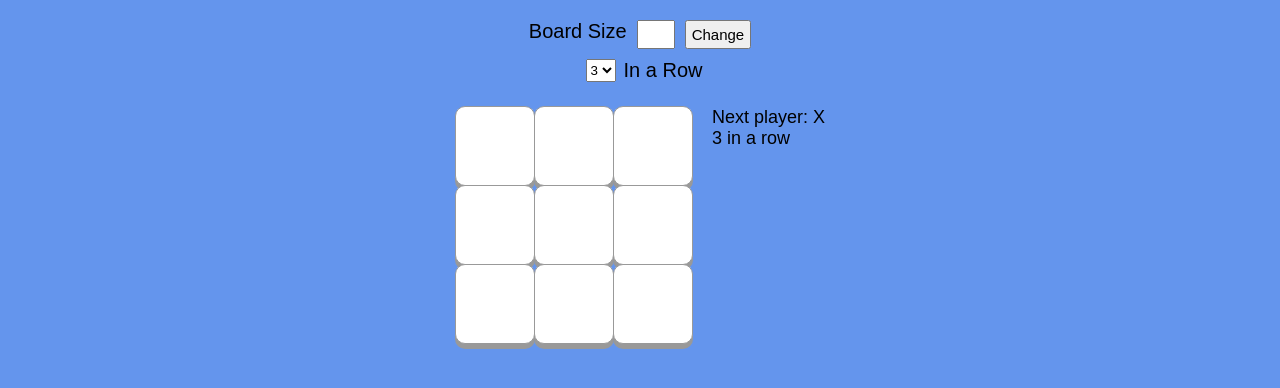
Repository: yshong211/tic-tac-toe-0708
Page: /
The author's editor kept a copy of each file at every save. The page is drawn from the files as they stood at one save, then again after the next save.
The browser window is 1280 px wide. The pictures show the whole page.
The project was rebuilt for these pictures with package versions that can differ from the ones it lists, and the page was loaded fresh each time.

Above is the page before, as saved 2020-07-09 10:13:55.

After the next save:
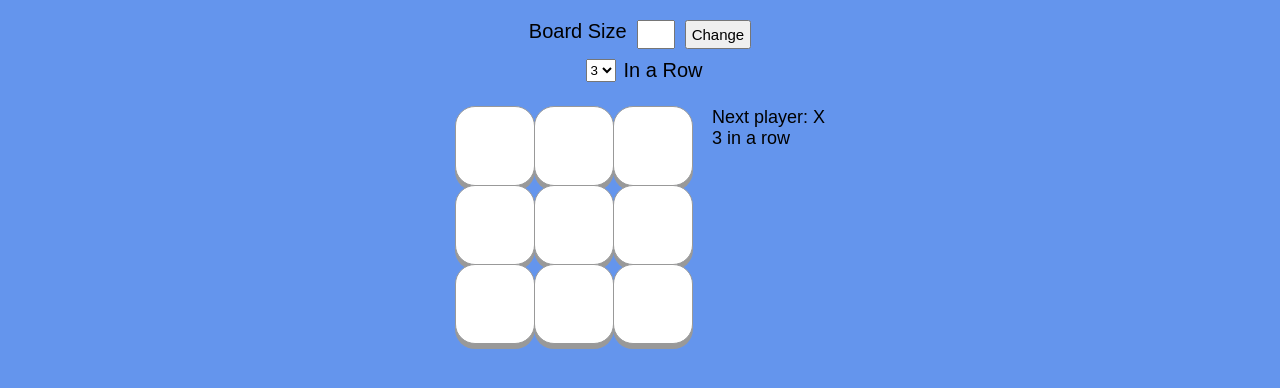
Saved 6 s later.
--- a/src/components/square/square.css
+++ b/src/components/square/square.css
@@ -13,7 +13,7 @@
   padding: 0;
   text-align: center;
   width: 80px;
-  border-radius: 10px;
+  border-radius: 20px;
   box-shadow: 0 5px #999;
 }
 
